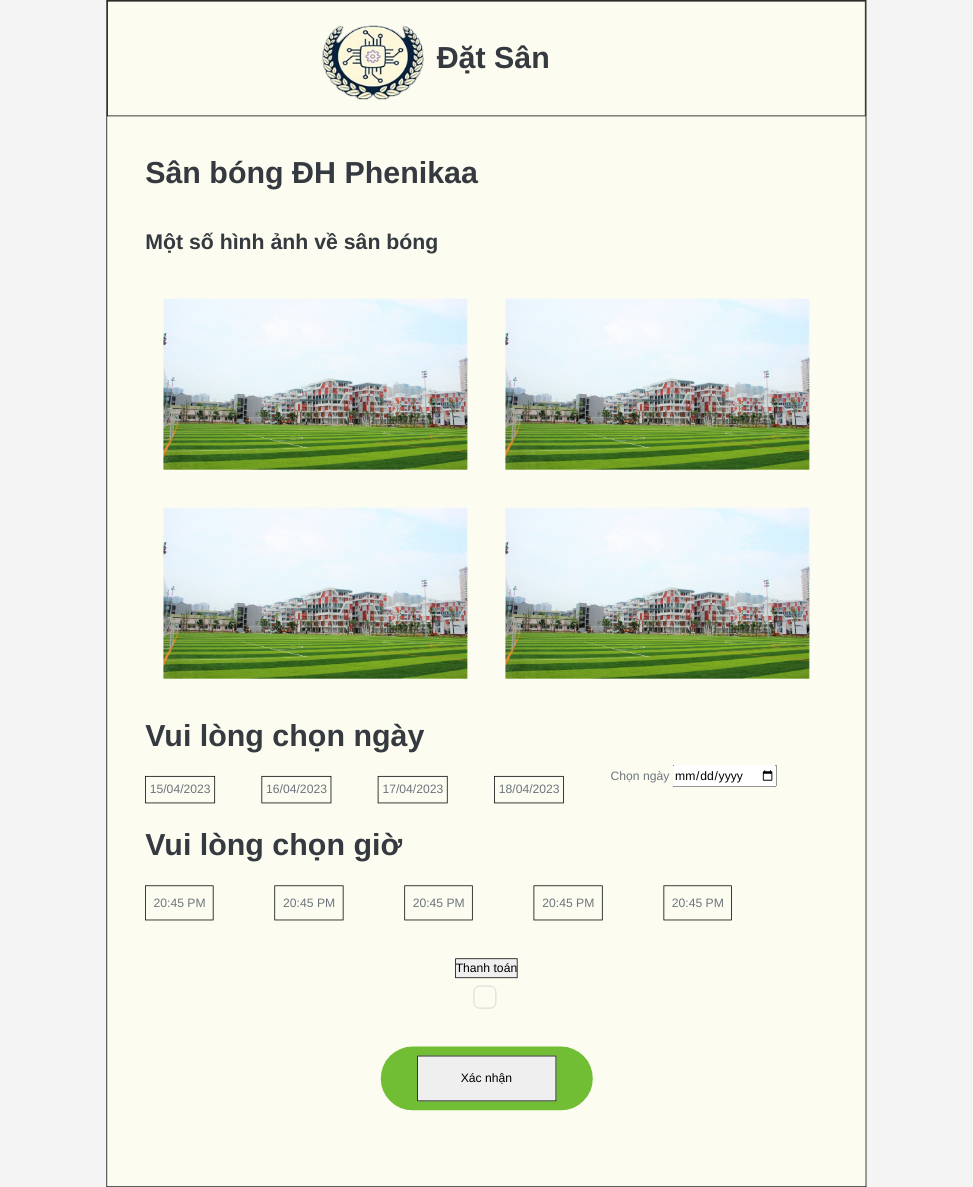
Repository: tus3300/BTL
Page: code/tacket.html
The author's editor kept a copy of each file at every save. The page is drawn from the files as they stood at one save, then again after the next save.
The browser window is 1280 px wide. The pictures show the whole page, at 76% of full size.

Above is the page before, as saved 2023-05-20 23:50:50.

After the next save:
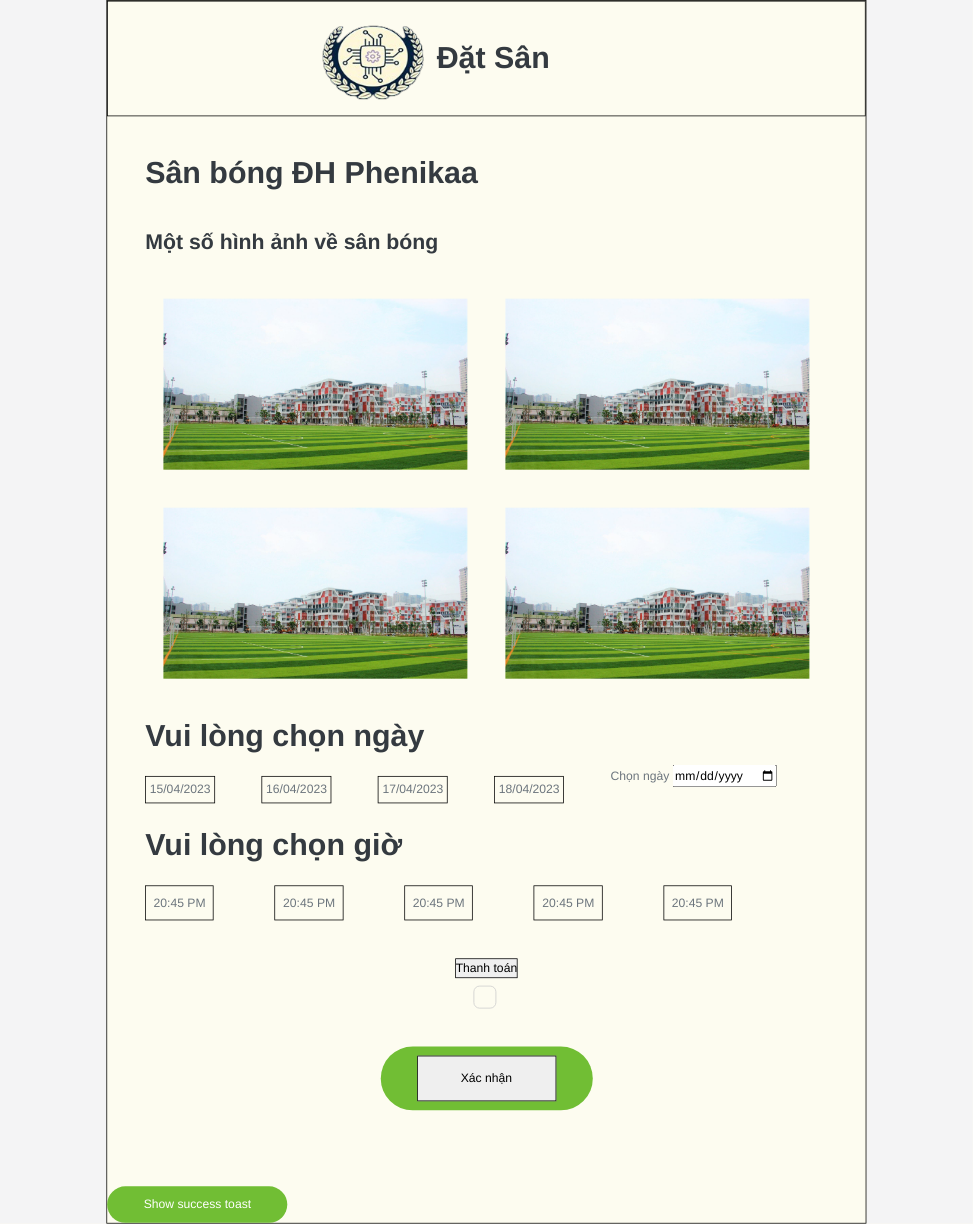
Saved 29 s later.
--- a/code/tacket.html
+++ b/code/tacket.html
@@ -144,6 +144,8 @@
           <div onclick="showSuccessToast();" class="btn btn--success"><a href="" class=""><button>Xác nhận</button></a></div>
         </div>
     </div>
+  <div onclick="showSuccessToast();" class="btn btn--success">Show success toast</div>
+
 </div>
 <script src="js/date.js"></script>
 <script src="js/test.js"></script>

After the 4 saves that followed:
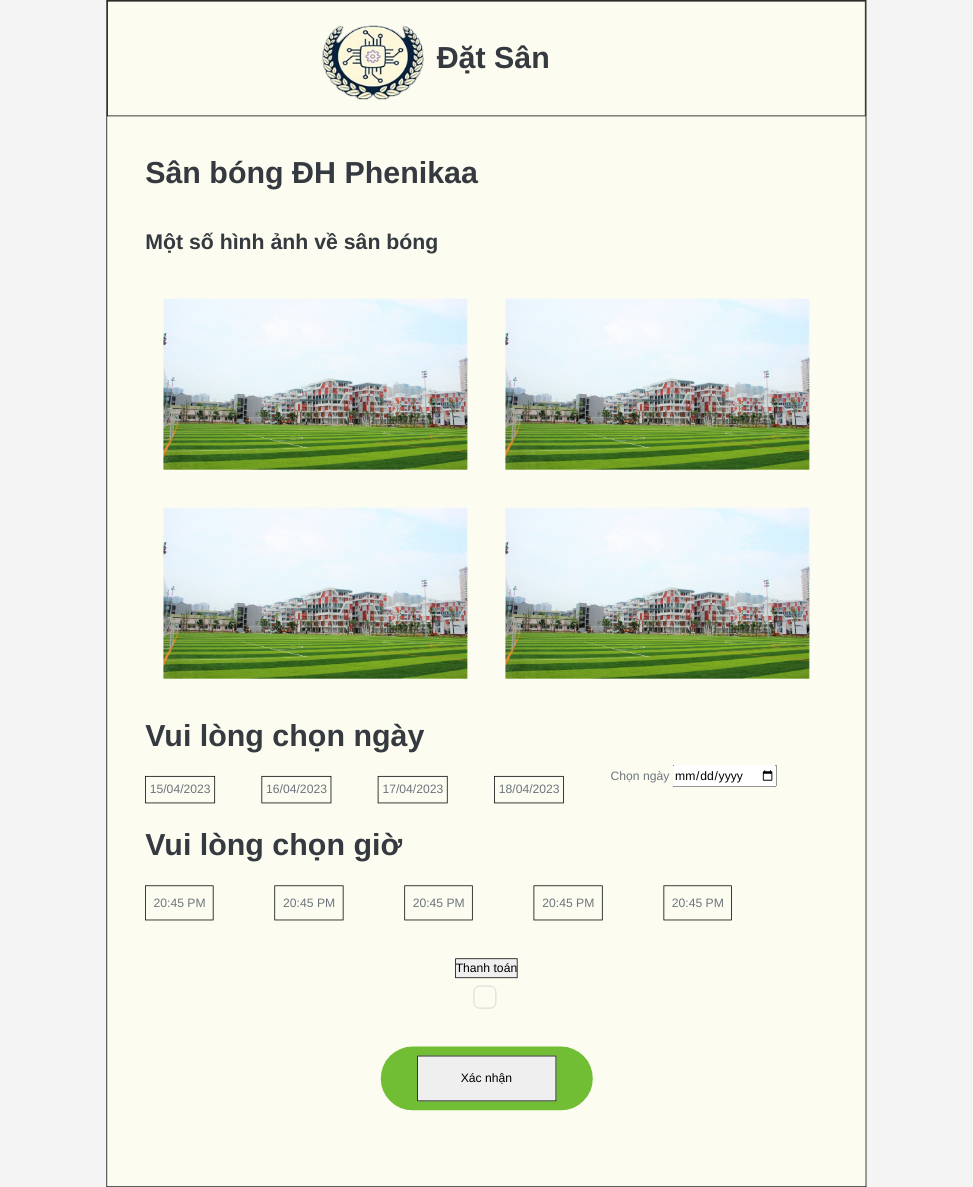
The 4 saves are shown as one change because 2 left the picture as it was and some came seconds apart.
The last was saved 3 min 14 s later.
--- a/code/tacket.html
+++ b/code/tacket.html
@@ -2,7 +2,7 @@
     <link href="css/style.css" rel="stylesheet">
     <link href="https://cdnjs.cloudflare.com/ajax/libs/font-awesome/5.15.0/css/all.min.css" rel="stylesheet">
     <link href="lib/owlcarousel/assets/owl.carousel.min.css" rel="stylesheet">
-    <link rel="stylesheet" href="test.css">
+    <link rel="stylesheet" href="css/test.css">
     <link rel="preconnect" href="https://fonts.gstatic.com">
     <link href="https://fonts.googleapis.com/css2?family=Roboto:wght@300;400;500;700;900&display=swap" rel="stylesheet">
     <div class="head-tacket">
@@ -144,8 +144,8 @@
           <div onclick="showSuccessToast();" class="btn btn--success"><a href="" class=""><button>Xác nhận</button></a></div>
         </div>
     </div>
-  <div onclick="showSuccessToast();" class="btn btn--success">Show success toast</div>
 
+
+  <script src="js/test.js"></script>
 </div>
 <script src="js/date.js"></script>
-<script src="js/test.js"></script>
